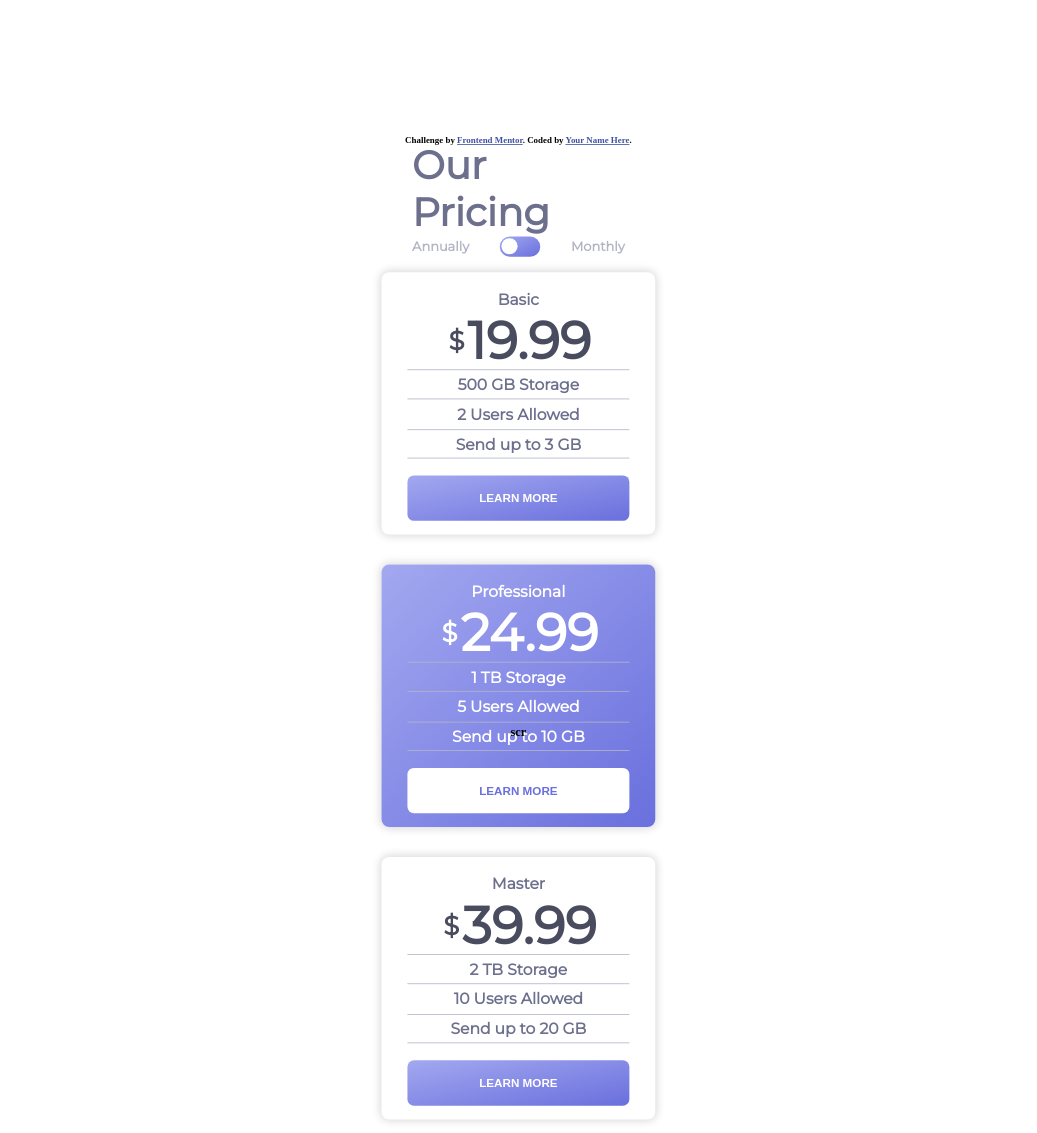
Repository: JuzzJoel/pricing-component-with-toggle-master
Page: index.html
The author's editor kept a copy of each file at every save. The page is drawn from the files as they stood at one save, then again after a run of saves.
The browser window is 1280 px wide. The pictures show the whole page, at 81% of full size.

Above is the page before, as saved 2025-05-24 13:26:39.

After the next 7 saves:
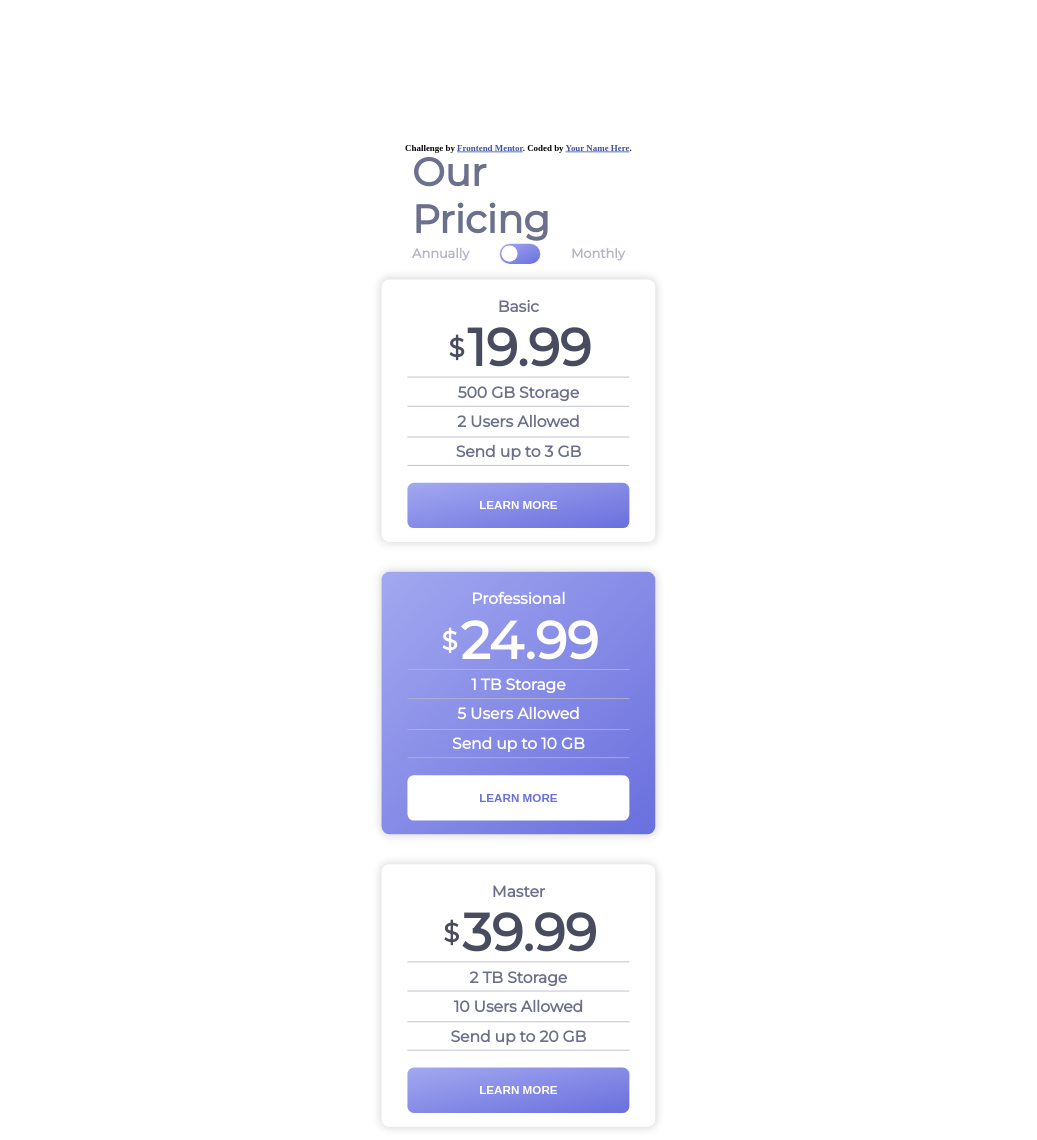
Console error: ReferenceError: lt is not defined
The 7 saves are shown as one change because they came seconds apart.
The last was saved 14 s later.
--- a/index.html
+++ b/index.html
@@ -377,7 +377,9 @@ button:active{
     </div>
   </div>
 
-scr
+<script>
+  lt
+</script>
 </body>
 
 </html>
